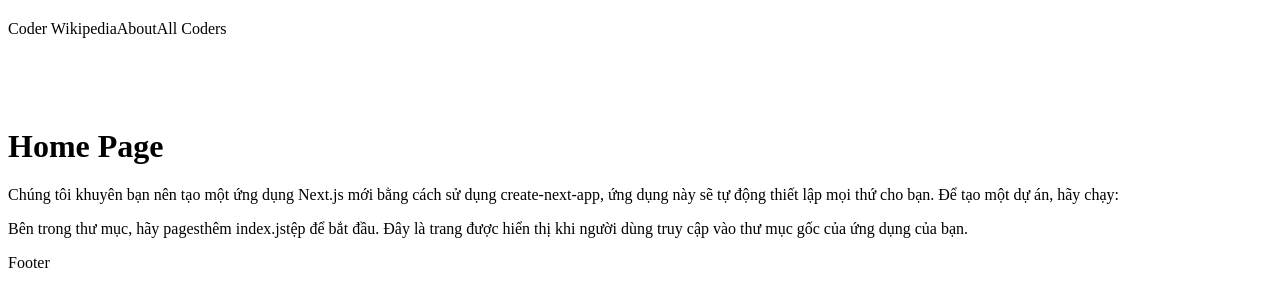
Repository: DuckyNumberONS/H-c-Next-Js
Page: / (app in my-app/)
An editor plug-in stored every save of this project. The page is shown before and after a run of saves, followed by the edit.
The browser window is 1280 px wide. The pictures show the whole page.
Some web fonts or font styles are not loaded; a fallback is used. The project was rebuilt for these pictures with package versions that can differ from the ones it lists, and the page was loaded fresh each time. The framework's server and built-in components were replaced by stand-ins that run in the browser. Also part of the build but not shown: my-app/next.config.js.

Above is the page before, as saved 2022-09-22 09:07:04.

After the next 5 saves:
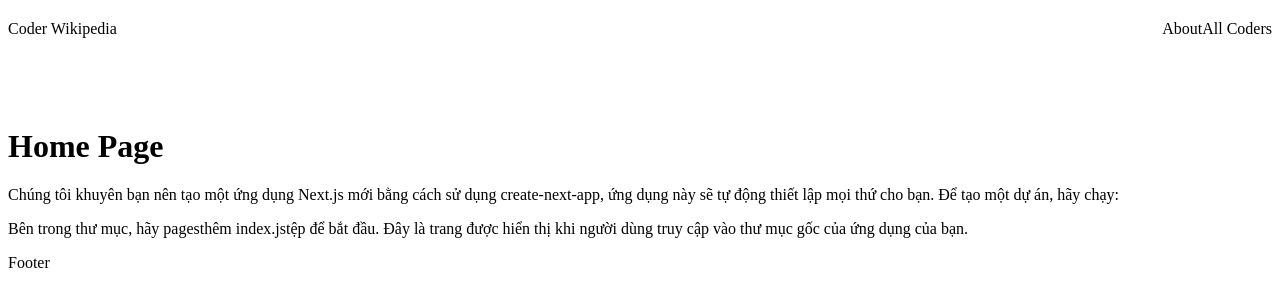
The 5 saves are shown as one change because they came seconds apart.
The last was saved 16 s later.
--- a/my-app/styles/globals.css
+++ b/my-app/styles/globals.css
@@ -12,5 +12,7 @@ nav{
   margin: 10px auto 80px;
   padding: 10px 0px;
   display: flex;
-  justify-content: ;
+  justify-content: space-between;
+  align-items: center;
+  border-bottom: ;
 }
